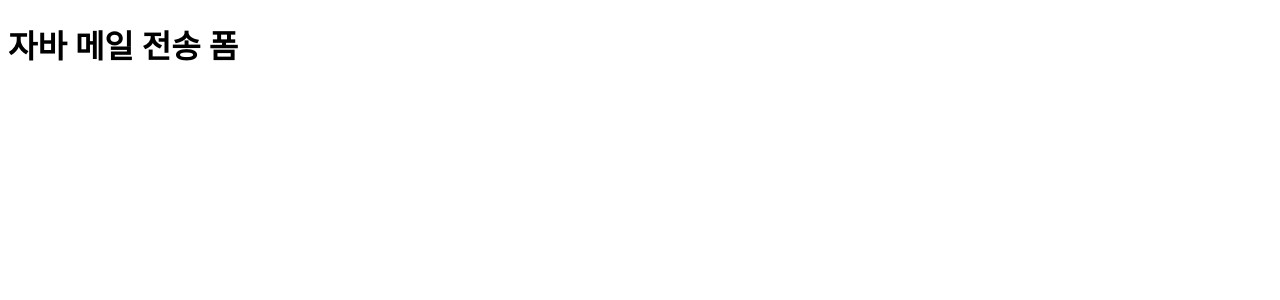
Repository: definitionhyo/itwillbs_jsp
Page: http://localhost/StudyJSP/jsp15_java_mail/mailForm.jsp
An editor plug-in stored every save of this project. The page is shown before and after the next save, followed by the edit.
The browser window is 1280 px wide. The pictures show the whole page.
The page is served by Tomcat 9. Other server files are loaded and not shown.

Above is the page before, as saved 2023-07-10 00:48:30.

### StudyJSP/src/main/webapp/jsp15_java_mail/mailForm.jsp
<%@ page language="java" contentType="text/html; charset=UTF-8"
    pageEncoding="UTF-8"%>
<!DOCTYPE html>
<html>
<head>
<meta charset="UTF-8">
<title>Insert title here</title>
</head>
<body>
	<h1>자바 메일 전송 폼</h1>
</body>
</html>

After the next save:
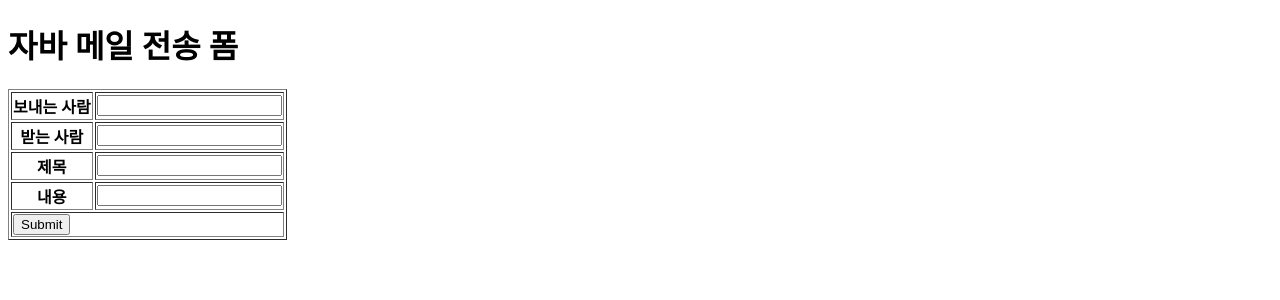
Saved 13 min 43 s later.
--- a/StudyJSP/src/main/webapp/jsp15_java_mail/mailForm.jsp
+++ b/StudyJSP/src/main/webapp/jsp15_java_mail/mailForm.jsp
@@ -8,5 +8,28 @@
 </head>
 <body>
 	<h1>자바 메일 전송 폼</h1>
+	<form action="SendMailPro" method="post">
+		<table border="1">
+			<tr>
+				<th>보내는 사람</th>
+				<td><input type="text" name="receiver"></td>
+			</tr>
+			<tr>
+				<th>받는 사람</th>
+				<td><input type="text" name="receiver"></td>
+			</tr>
+			<tr>
+				<th>제목</th>
+				<td><input type="text" name="title"></td>
+			</tr>
+			<tr>
+				<th>내용</th>
+				<td><input type="text" name="content"></td>
+			</tr>
+			<tr>
+				<td colspan="2"><input type="submit" name="메일발송"></td>
+			</tr>
+		</table>
+	</form>
 </body>
 </html>
